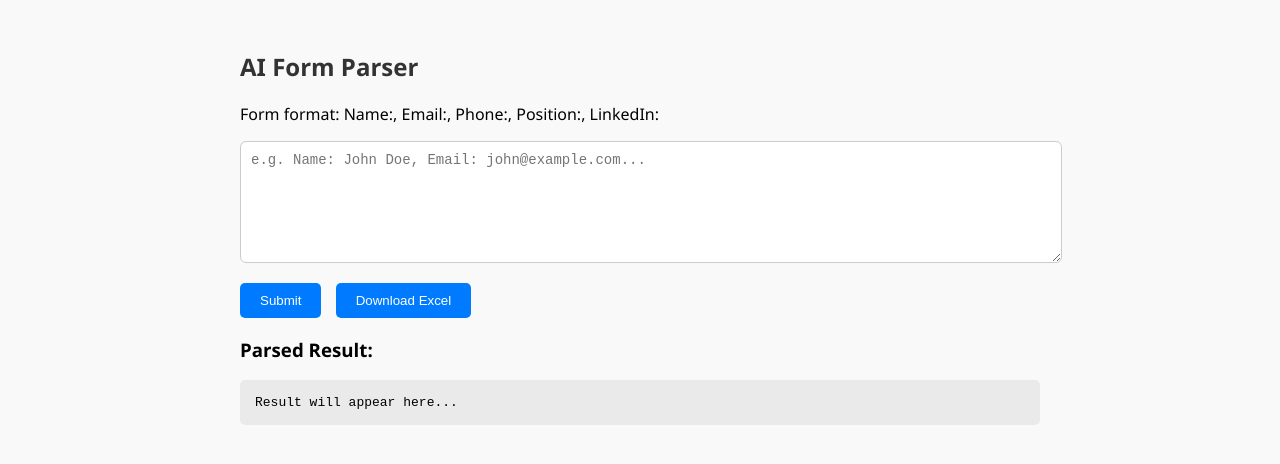
Repository: Mohitkumar1322/AIForm
Page: http://localhost/
These files come from the project's save history. The page is drawn as it stood at one moment and after the next save; the edit follows.
The browser window is 1280 px wide. The pictures show the whole page.
The page is served by the project's application, run on Flask 3 (main.py).

Above is the page before, as saved 2025-07-18 10:45:47.

After the next save:
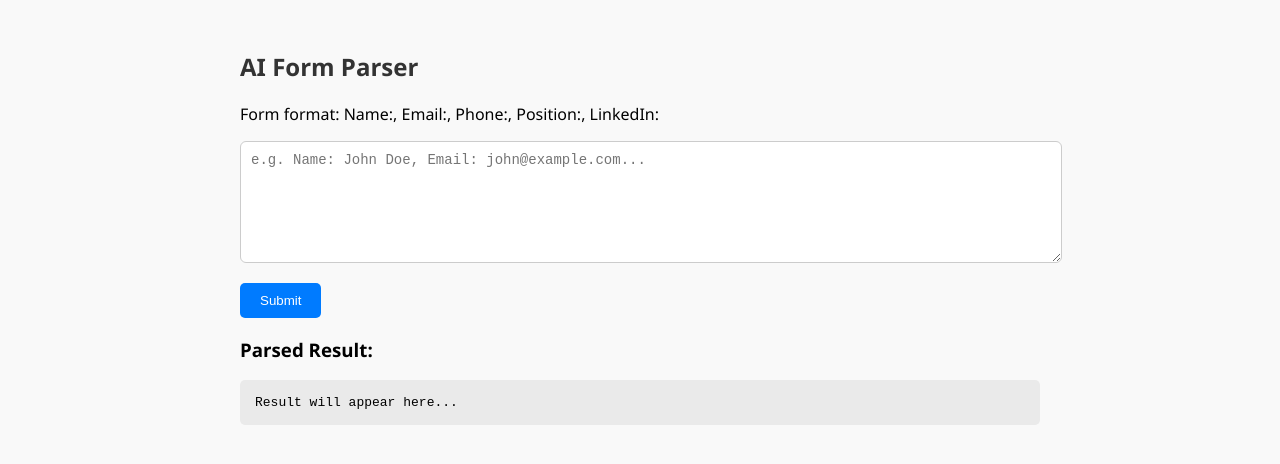
Saved 26 s later.
--- a/templates/index.html
+++ b/templates/index.html
@@ -48,7 +48,7 @@
     <textarea id="prompt" placeholder="e.g. Name: John Doe, Email: john@example.com..."></textarea>
     <br>
     <button onclick="submitForm()">Submit</button>
-    <button onclick="downloadExcel()">Download Excel</button>
+
 
     <h3>Parsed Result:</h3>
     <pre id="result">Result will appear here...</pre>
